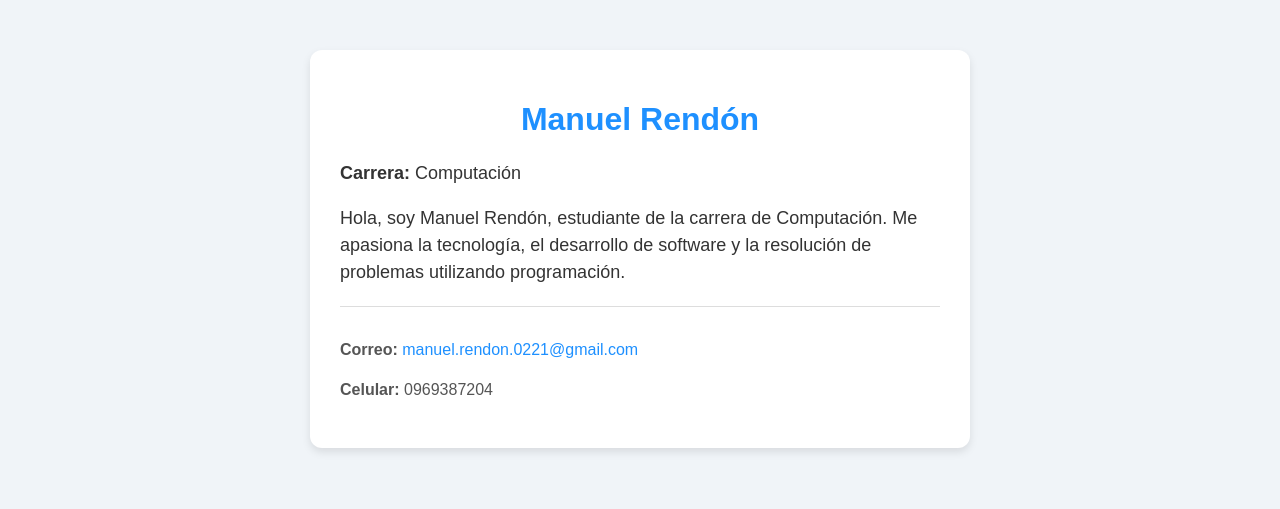
Repository: leyovelez0220-afk/proyecto-grupo-1
Page: vista.html
These files come from the project's save history. The page is drawn as it stood at one moment and after the next save; the edit follows.
The browser window is 1280 px wide. The pictures show the whole page.

Above is the page before, as saved 2025-08-04 12:01:44.

### vista.html
<!DOCTYPE html>
<html lang="es">
<head>
  <meta charset="UTF-8">
  <title>Perfil de Manuel Rendón</title>
  <link rel="stylesheet" href="estilo.css">
</head>
<body>
  <div class="perfil">
    <h1>Manuel Rendón</h1>
    <p><strong>Carrera:</strong> Computación</p>
    <p>Hola, soy Manuel Rendón, estudiante de la carrera de Computación. Me apasiona la tecnología, el desarrollo de software y la resolución de problemas utilizando programación.</p>

    <div class="contacto">
      <p><strong>Correo:</strong> <a href="mailto:manuel.rendon.0221@gmail.com">manuel.rendon.0221@gmail.com</a></p>
      <p><strong>Celular:</strong> 0969387204</p>
    </div>
  </div>
</body>
</html>

### estilo.css
body {
    font-family: Arial, sans-serif;
    background-color: #f0f4f8;
    margin: 0;
    padding: 0;
  }

  .perfil {
    max-width: 600px;
    margin: 50px auto;
    background-color: #ffffff;
    padding: 30px;
    border-radius: 12px;
    box-shadow: 0 4px 8px rgba(0,0,0,0.1);
  }

  h1 {
    color: #1e90ff;
    text-align: center;
  }

  p {
    font-size: 18px;
    color: #333333;
    line-height: 1.5;
  }

  .contacto {
    margin-top: 20px;
    padding-top: 15px;
    border-top: 1px solid #ddd;
  }

  .contacto p {
    font-size: 16px;
    color: #555555;
  }

  .contacto a {
    color: #1e90ff;
    text-decoration: none;
  }

  .contacto a:hover {
    text-decoration: underline;
  }

After the next save:
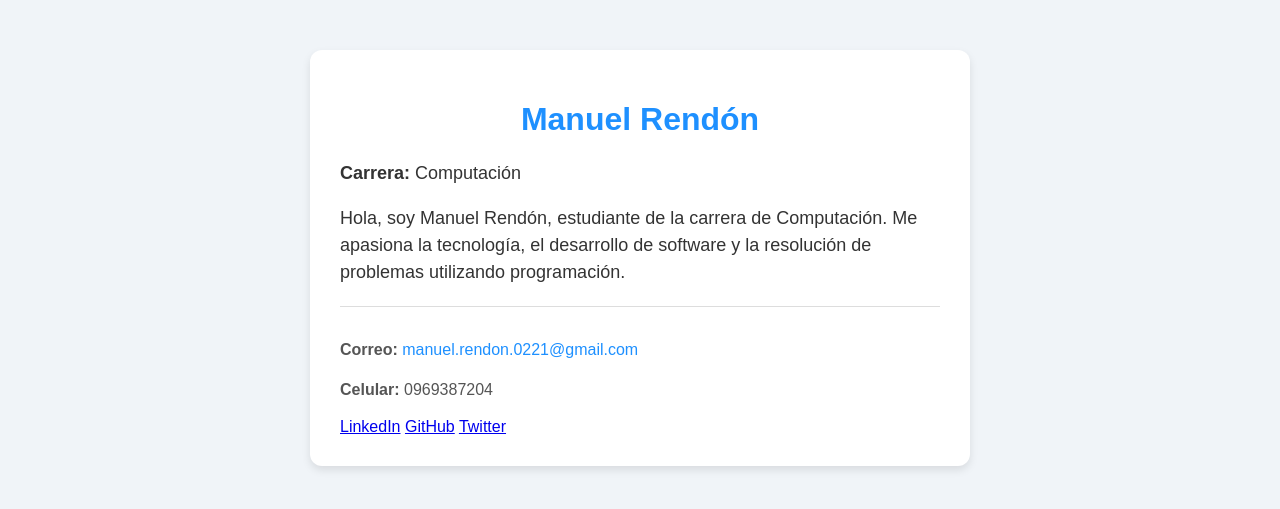
Saved 78 s later.
--- a/vista.html
+++ b/vista.html
@@ -15,6 +15,11 @@
       <p><strong>Correo:</strong> <a href="mailto:manuel.rendon.0221@gmail.com">manuel.rendon.0221@gmail.com</a></p>
       <p><strong>Celular:</strong> 0969387204</p>
     </div>
+    <div class="redes-sociales">
+        <a href="https://www.linkedin.com/" target="_blank">LinkedIn</a>
+        <a href="https://github.com/" target="_blank">GitHub</a>
+        <a href="https://twitter.com/" target="_blank">Twitter</a>
+      </div>
   </div>
 </body>
 </html>
